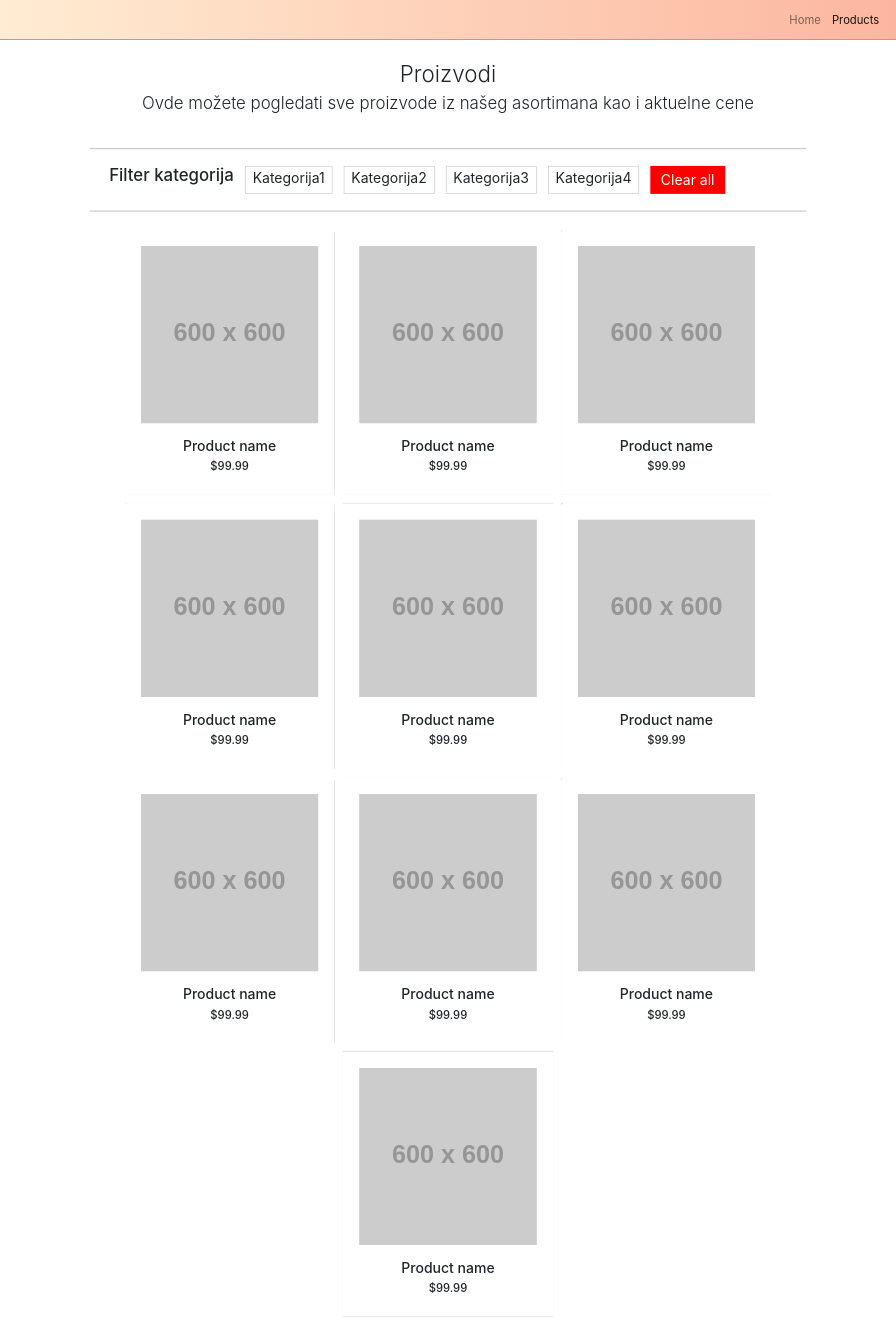
Repository: StevanFilipovic/TemplateForSinglepageWebsite
Page: products.html
An editor plug-in stored every save of this project. The page is shown before and after the next save, followed by the edit.
The browser window is 1280 px wide. The pictures show the whole page, at 70% of full size.
The first visible `.button-clear` is being pressed.
Some web libraries are served in a nearby version.

Above is the page before, as saved 2018-06-15 12:40:32.

### products.html
<!doctype html>
<html>
<head>
	<meta charset="utf-8">
	<title>One Page Scroll</title>
	<meta name="title" content="Website by Stevan" />
	<meta name="description" content="Proizvodi"/>
    <link rel="shortcut icon" id="favicon" href="">
    <meta name="viewport" content="initial-scale=1, width=device-width, maximum-scale=1, minimum-scale=1, user-scalable=no">
	<link href='http://fonts.googleapis.com/css?family=Open+Sans:300,400,700' rel='stylesheet' type='text/css'>
	<link href='http://fonts.googleapis.com/css?family=Pacifico:400' rel='stylesheet' type='text/css'>
	<script type="text/javascript" src="http://code.jquery.com/jquery-1.9.1.js"></script>
  <link href='products-page-style.css' rel='stylesheet' type='text/css'>
  <!-- Da bi koristili less potrebno je odkomentarisati donje dve linije i uraditi konverziju css-a i ubaciti u dole navedene fajlove -->
  <!-- <link rel="stylesheet/less" type="text/css" href="onepage-scrool.less" /> -->
  <!-- <link rel="stylesheet/less" type="text/css" href="styles.less" /> -->
  <!-- <script src="less.js" type="text/javascript"></script> -->
  <link rel="stylesheet" href="https://stackpath.bootstrapcdn.com/bootstrap/4.1.1/css/bootstrap.min.css" integrity="sha384-WskhaSGFgHYWDcbwN70/dfYBj47jz9qbsMId/iRN3ewGhXQFZCSftd1LZCfmhktB" crossorigin="anonymous">

<script>
    $(document).ready(function() {
  var $products = $('.grid-products'),
      $filters = $("#filters input[type='checkbox']"),
      product_filter = new ProductFilterLevel1($products, $filters);
  product_filter.init();
});

function ProductFilterLevel1(products, filters) {
  var _this = this;

  this.init = function() {
    this.products = products;
    this.filters = filters;
    this.bindEvents();
  };

  this.bindEvents = function() {
    this.filters.click(this.filterGridProducts);
    $('#none').click(this.removeAllFilters);
  };

  this.filterGridProducts = function() {
    _this.products.hide();
    var selectedFilters = _this.filters.filter(':checked');
    if (selectedFilters.length) {
      var selectedFiltersValues = [];
      selectedFilters.each(function() {
        var currentFilter = $(this);
        selectedFiltersValues.push("[data-" + currentFilter.attr('name') + "='" + currentFilter.val() + "']");
      });
      _this.products.filter(selectedFiltersValues.join(',')).show();
    } else {
      _this.products.show();
    }
  };

  this.removeAllFilters = function() {
    _this.filters.prop('checked', false);
    _this.products.show();
  }
}
</script>

</head>
<body>
        <div class="header">
                <nav class="navbar navbar-expand-lg navbar-light">
                  <!-- <a class="navbar-brand" href="#">Navbar</a> -->
                  <button class="navbar-toggler" type="button" data-toggle="collapse" data-target="#navbarNavDropdown" aria-controls="navbarNavDropdown" aria-expanded="false" aria-label="Toggle navigation">
                    <span class="navbar-toggler-icon"></span>
                  </button>
                  <div class="collapse navbar-collapse justify-content-end" id="navbarNavDropdown">
                    <ul class="navbar-nav">
                      <li class="nav-item ">
                        <a class="nav-link" href="index.html">Home </a>
                      </li>
                      <li class="nav-item active">
                        <a class="nav-link" href="products.html">Products<span class="sr-only">(current)</span></a>
                      </li>
                      </li>
                    </ul>
                  </div>
                </nav>
                </div>
<div class="intro-text">
    <h2>Proizvodi</h2>
    <h4>Ovde možete pogledati sve proizvode iz našeg asortimana kao i aktuelne cene</h4>
</div>
<div id="filters" class="products">
    <div class="filter-wrapper">
      <h4>Filter kategorija</h4>

      <input type="checkbox" name="colour" id="category1" value="category1" ></input>
      <label for="category1">Kategorija1</label>

      <input type="checkbox" name="colour" id="category2" value="category2"></input>
      <label for="category2">Kategorija2</label>

      <input type="checkbox" name="colour" id="category3" value="category3"></input>
      <label for="category3">Kategorija3</label>

      <input type="checkbox" name="colour" id="category4" value="category4"></input>
      <label for="category4">Kategorija4</label>

    </div>
    <div>
      <input class="button-clear dugme" type="button" id="none" value="Clear all"></input>
    </div>
  </div>

          <section class="products">
                <div class="product-card grid-products" data-colour="category1">
                    <div class="product-image">
                        <img src="http://via.placeholder.com/600x600">
                    </div>
                    <div class="product-info">
                        <h5>Product name</h5>
                        <h6>$99.99</h6>
                    </div>
                </div>

                <div class="product-card grid-products" data-colour="category1">
                    <div class="product-image">
                        <img src="http://via.placeholder.com/600x600">
                    </div>
                    <div class="product-info">
                        <h5>Product name</h5>
                        <h6>$99.99</h6>
                    </div>
                </div>

                <div class="product-card grid-products" data-colour="category2">
                    <div class="product-image">
                        <img src="http://via.placeholder.com/600x600">
                    </div>
                    <div class="product-info">
                        <h5>Product name</h5>
                        <h6>$99.99</h6>
                    </div>
                </div>

                <div class="product-card grid-products" data-colour="category2">
                    <div class="product-image">
                        <img src="http://via.placeholder.com/600x600">
                    </div>
                    <div class="product-info">
                        <h5>Product name</h5>
                        <h6>$99.99</h6>
                    </div>
                </div>

                <div class="product-card grid-products" data-colour="category3">
                    <div class="product-image">
                        <img src="http://via.placeholder.com/600x600">
                    </div>
                    <div class="product-info">
                        <h5>Product name</h5>
                        <h6>$99.99</h6>
                    </div>
                </div>

                <div class="product-card grid-products" data-colour="category3">
                    <div class="product-image">
                        <img src="http://via.placeholder.com/600x600">
                    </div>
                    <div class="product-info">
                        <h5>Product name</h5>
                        <h6>$99.99</h6>
                    </div>
                </div>

                <div class="product-card grid-products" data-colour="category3">
                    <div class="product-image">
                        <img src="http://via.placeholder.com/600x600">
                    </div>
                    <div class="product-info">
                        <h5>Product name</h5>
                        <h6>$99.99</h6>
                    </div>
                </div>

                <div class="product-card grid-products" data-colour="category4">
                    <div class="product-image">
                        <img src="http://via.placeholder.com/600x600">
                    </div>
                    <div class="product-info">
                        <h5>Product name</h5>
                        <h6>$99.99</h6>
                    </div>
                </div>

                <div class="product-card grid-products" data-colour="category4">
                    <div class="product-image">
                        <img src="http://via.placeholder.com/600x600">
                    </div>
                    <div class="product-info">
                        <h5>Product name</h5>
                        <h6>$99.99</h6>
                    </div>
                </div>

                <div class="product-card grid-products" data-colour="category4">
                    <div class="product-image">
                        <img src="http://via.placeholder.com/600x600">
                    </div>
                    <div class="product-info">
                        <h5>Product name</h5>
                        <h6>$99.99</h6>
                    </div>
                </div>

            </section>

</body>
</html>

### products-page-style.css
.header{
    background-image: linear-gradient(to right, #ffecd2 0%, #fcb69f 100%);
    border-bottom: 1px solid gray;
}
.intro-text{
  margin: 30px auto 50px;
}
.intro-text h2, .intro-text h4{
  text-align: center;
    font-weight: 300;
}
.products {
	display: flex;
    flex-wrap: wrap;
    width: 90%;
    margin: auto;
    justify-content: center;
}
#filters{
  justify-content: start;
  width: 80%;
  border-top: 1px solid #a7a7a7;
  border-bottom: 1px solid #a7a7a7;
  margin-bottom: 20px;
  padding: 20px;

}

.product-card {
	display: flex;
	flex-direction: column;
    max-width: 300px;
	padding: 2%;
  /* flex: 1 16%; */
  margin: 6px;

	background-color: #FFF;
	box-shadow: 0px 0px 1px 0px rgba(0,0,0,0.25);
}

.product-image img {
	width: 100%;
}

.product-info {
	margin-top: auto;
	padding-top: 20px;
	text-align: center;
}

@media ( max-width: 920px ) {

	/* .product-card {
		flex: 1 21%;
	} */

	/* .products .product-card:first-child,
	.products .product-card:nth-child(2) {
		flex: 2 46%;
	} */

}

@media ( max-width: 600px ) {

	/* .product-card {
		flex: 1 46%;
	} */

}

@media ( max-width: 480px ) {

	h1 {
		margin-bottom: 20px;
	}

	.product-filter {
		flex-direction: column;
	}

	.sort {
		align-self: flex-start;
	}

}


/* Checkmark */

/* Customize the label (the container) */
.filter-wrapper input[type=checkbox]{
  display: none;
}


.filter-category{
  border: 1px solid #cccccc;
  padding: 2px 10px;
  margin: auto 8px;
}

input[type=checkbox] + label {
  display: block;
  position: relative;
  margin: 4px 8px;
  cursor: pointer;
  font-size: 20px;
  -webkit-user-select: none;
  -moz-user-select: none;
  -ms-user-select: none;
  user-select: none;
  border: 1px solid #cccccc;
  padding: 2px 10px;
  transition:all 0.3s ease;
}
input[type=checkbox]:checked + label {
  background: #fdbfa7;
  border: 1px solid #fdbfa7;
  color: white;
}

input[type=checkbox]:hover + label {
  border: 1px solid #fdbfa7;
  box-shadow: inset 0 0 0 1px #fdbfa7;
  transition:all 0.3s ease;
}




  /* Hide the browser's default checkbox */
  .filter-container input {
    position: absolute;
    opacity: 0;
    cursor: pointer;
  }

  /* Create a custom checkbox */
  .checkmark {
    position: absolute;
    top: 0;
    left: 0;
    height: 30px;
    width: 30px;
    background-color: #eee;
    display: none;
  }

  /* On mouse-over, add a grey background color */
  .filter-container:hover input ~ .checkmark {
    background-color: #ccc;
  }

  /* When the checkbox is checked, add a blue background */
  .filter-container input:checked ~ .checkmark {
    background-color: #fdbfa7;
  }

  /* Create the checkmark/indicator (hidden when not checked) */
  .checkmark:after {
    content: "";
    position: absolute;
    display: none;
  }

  /* Show the checkmark when checked */
  .filter-container input:checked ~ .checkmark:after {
    display: block;
  }

  /* Style the checkmark/indicator */
  .filter-container .checkmark:after {
    left: 9px;
    top: 5px;
    width: 10px;
    height: 15px;
    border: solid white;
    border-width: 0 3px 3px 0;
    -webkit-transform: rotate(45deg);
    -ms-transform: rotate(45deg);
    transform: rotate(45deg);
  }

  .filter-wrapper{
      display: contents;
      margin-bottom: 15px;
  }
  .filter-wrapper h4{
    margin: 4px 8px;
  }

  .button-clear{
    background: #FDBFA7;
    font-size: 20px;
    color: white;
    border-style: none;
    cursor: pointer;
    padding: 5px 15px;
    margin: 4px 8px;
  }

  .button-clear:focus{
    outline: none;
  }

  .button-clear:active{
    background: red;
  }

After the next save:
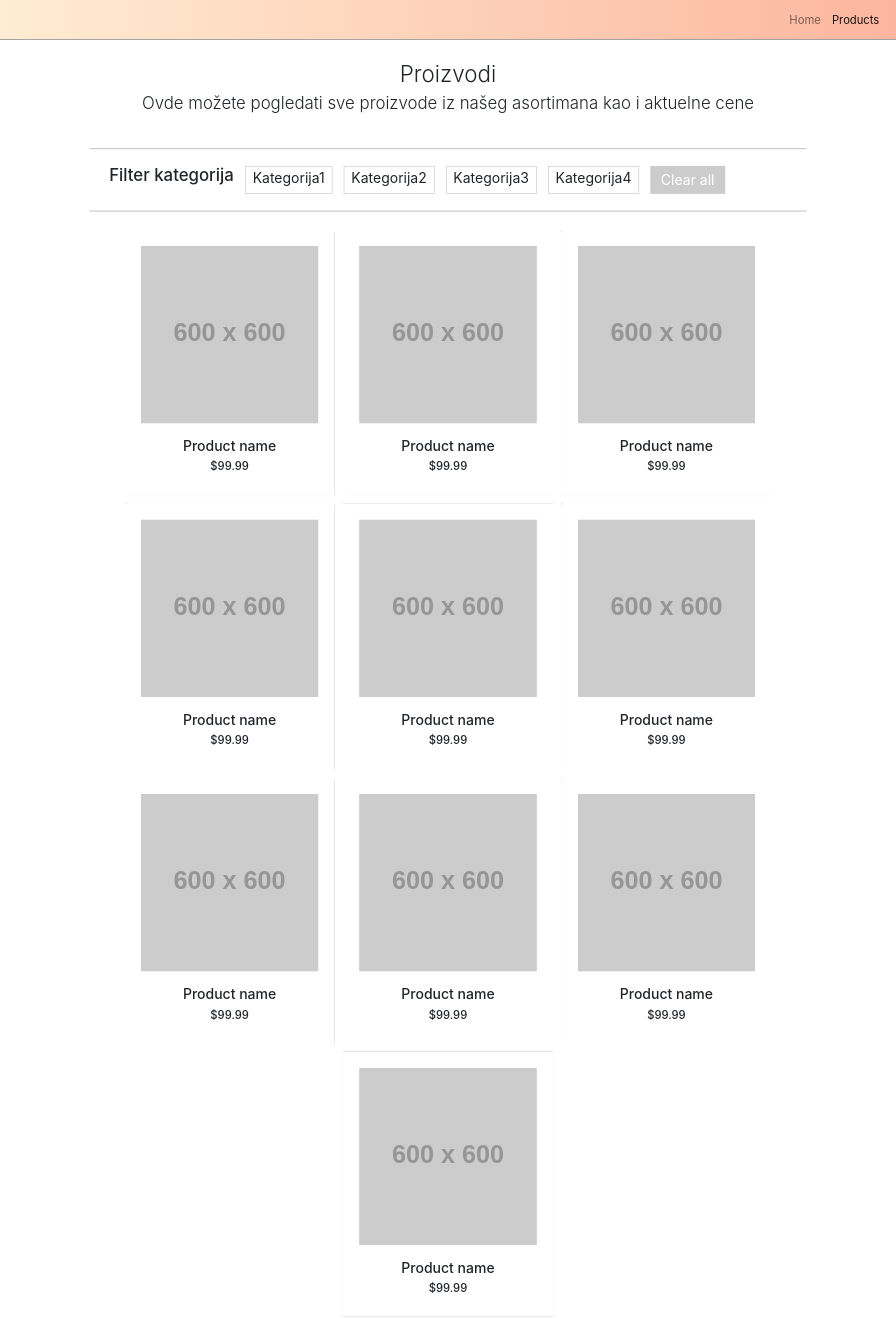
Saved 41 s later.
--- a/products-page-style.css
+++ b/products-page-style.css
@@ -205,5 +205,5 @@ input[type=checkbox]:hover + label {
   }
 
   .button-clear:active{
-    background: red;
-  }
+    background: #cccccc;
+  }
